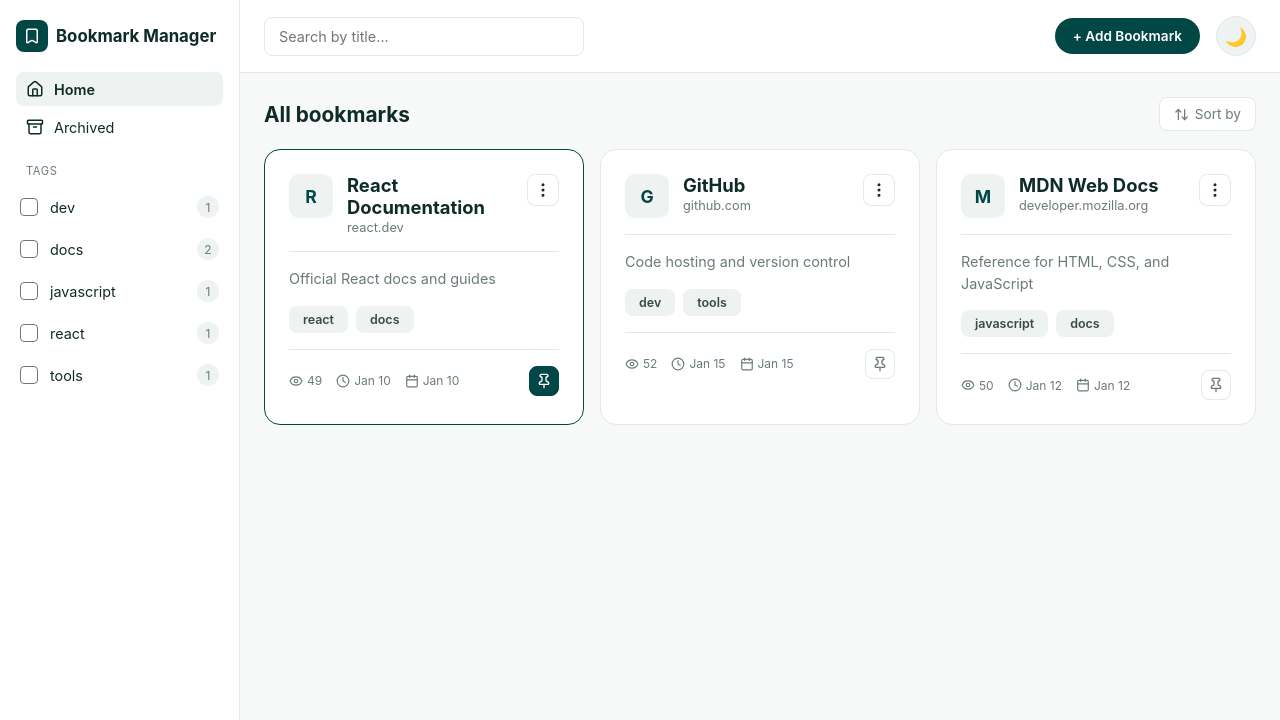
Repository: K0k1M4r/Big-Game-React
Page: /
The author's editor kept a copy of each file at every save. The page is drawn from the files as they stood at one save, then again after the next save.
The browser window is 1280 px wide. The pictures show the whole page.
The project was rebuilt for these pictures with package versions that can differ from the ones it lists, and the page was loaded fresh each time. Also part of the build but not shown: vite.config.js, src/components/Modal.jsx, src/components/BookmarkForm.jsx, src/components/ConfirmModal.jsx.

Above is the page before, as saved 2026-09-23 21:36:32.

After the next save:
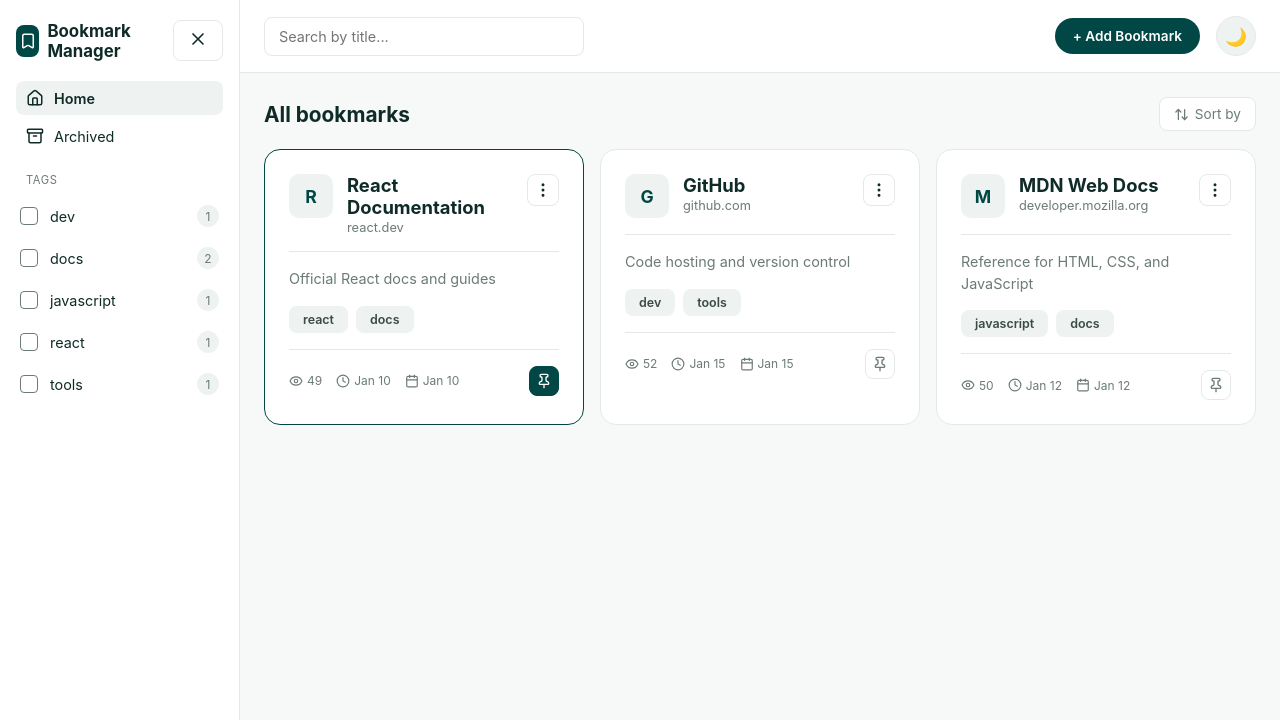
Saved 6 min 10 s later.
--- a/src/components/Layout/Sidebar.jsx
+++ b/src/components/Layout/Sidebar.jsx
@@ -1,6 +1,6 @@
-import { Bookmark, Home, Archive } from "lucide-react";
+import { Bookmark, Home, Archive, X } from "lucide-react";
 
-function Sidebar({ currentView, onChangeView, tags = [], selectedTag, onSelectTag, isOpen }) {
+function Sidebar({ currentView, onChangeView, tags = [], selectedTag, onSelectTag, isOpen, onClose }) {
   return (
     <nav className={`sidebar ${isOpen ? "sidebar-open" : ""}`}>
       <div className="sidebar-logo">
@@ -8,6 +8,14 @@
           <Bookmark size={18} />
         </span>
         Bookmark Manager
+
+        <button
+          className="sidebar-close-btn"
+          onClick={onClose}
+          aria-label="Close menu"
+        >
+          <X size={20} />
+        </button>
       </div>
 
       <button
